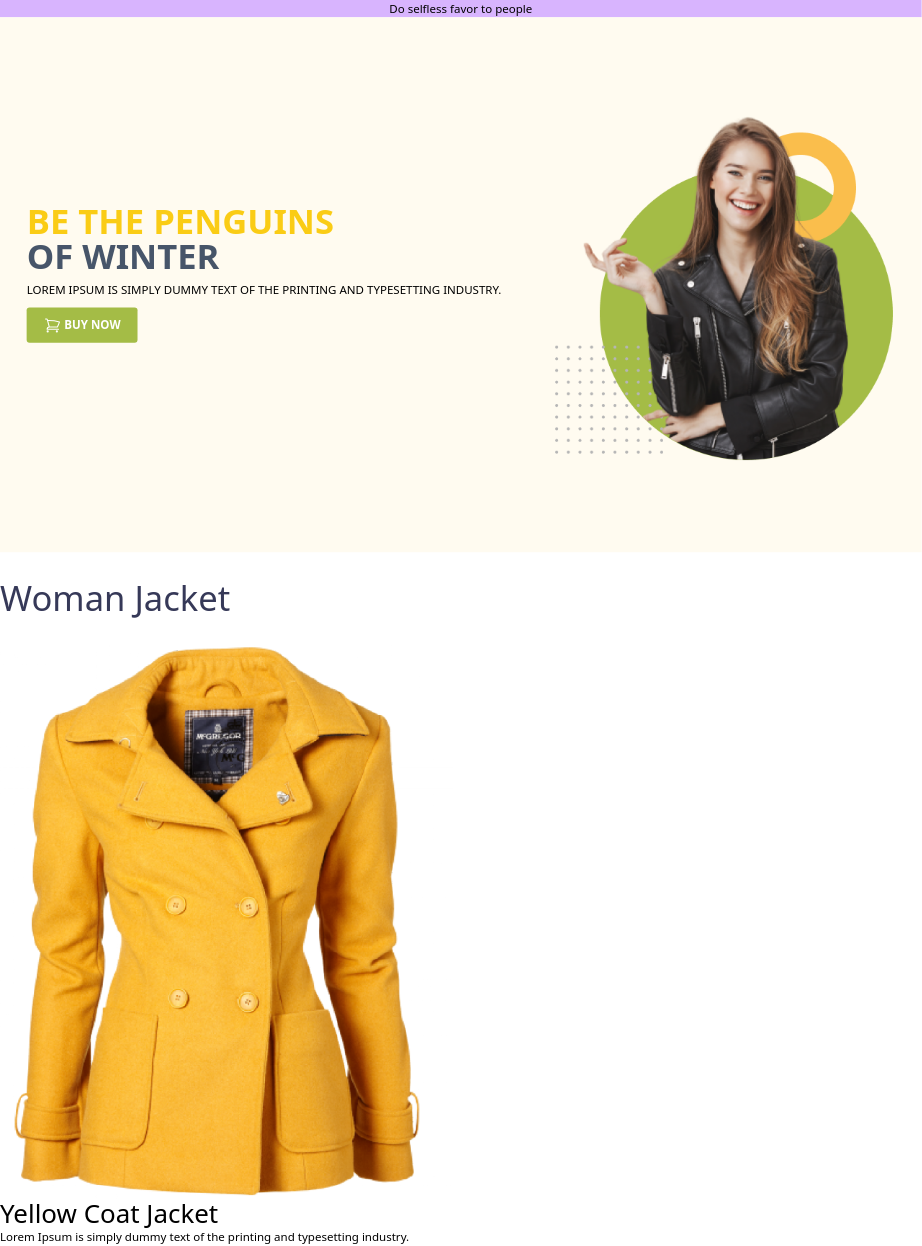
Repository: zjria/penguin-e-commerce-fashion
Page: index.html
An editor plug-in stored every save of this project. The page is shown before and after the next save, followed by the edit.
The browser window is 1280 px wide. The pictures show the whole page, at 72% of full size.
Some web libraries are served in a nearby version.

Above is the page before, as saved 2022-10-07 07:10:21.

### index.html
<!DOCTYPE html>
<html lang="en">

<head>
    <meta charset="UTF-8">
    <meta http-equiv="X-UA-Compatible" content="IE=edge">
    <meta name="viewport" content="width=device-width, initial-scale=1.0">
    <title>Penguin E-commerce</title>
    <!-- Google Fonts Link -->
    <link rel="preconnect" href="https://fonts.googleapis.com">
    <link rel="preconnect" href="https://fonts.gstatic.com" crossorigin>
    <link href="https://fonts.googleapis.com/css2?family=Bebas+Neue&family=Roboto:wght@100;300;400;500&display=swap"
        rel="stylesheet">

    <!-- Tailwind CSS CDN link -->
    <script src="https://cdn.tailwindcss.com"></script>
    <script>
        tailwind.config = {
            theme: {
                extend: {
                    colors: {
                        clifford: '#da373d',
                        header_bg: '#FFFBF0',
                        main_text_color: '#363958'
                    }
                }
            }
        }
    </script>
</head>

<body>
    <h2 class="bg-purple-300 text-center font-header_text">Do selfless favor to people</h2>


    <!-- Header Section -->
    <header class="bg-header_bg pb-32 pt-24">
        <section class="container mx-auto uppercase sm:flex items-center justify-around">
            <div class="space-y-3">
                <h1 class="text-2xl sm:text-5xl font-bold font-header_text">
                    <span class="text-yellow-400">Be the Penguins</span> <br>
                    <span class="text-slate-600">of Winter</span>
                </h1>
                <p class="font-anther_text">Lorem Ipsum is simply dummy text of the printing
                    and typesetting industry.</p>
                <button class="uppercase bg-[#A4BC46] py-3 px-6 text-white font-semibold rounded font-anther_text"> <svg
                        xmlns="http://www.w3.org/2000/svg" fill="none" viewBox="0 0 24 24" stroke-width="1.5"
                        stroke="currentColor" class="w-6 h-6 inline text-white">
                        <path stroke-linecap="round" stroke-linejoin="round"
                            d="M2.25 3h1.386c.51 0 .955.343 1.087.835l.383 1.437M7.5 14.25a3 3 0 00-3 3h15.75m-12.75-3h11.218c1.121-2.3 2.1-4.684 2.924-7.138a60.114 60.114 0 00-16.536-1.84M7.5 14.25L5.106 5.272M6 20.25a.75.75 0 11-1.5 0 .75.75 0 011.5 0zm12.75 0a.75.75 0 11-1.5 0 .75.75 0 011.5 0z" />
                    </svg>
                    Buy Now</button>
            </div>
            <div class="pt-8 sm:pt-8">
                <img class=" w-1/2 sm:w-full" src="images/model.png" alt="">
            </div>
        </section>
    </header>

    <!-- Main Section Start -->
    <main>
        <section class="container mx-auto">
            <h2 class="text-5xl my-10 text-main_text_color font-header_text">Woman Jacket</h2>
            <div class="grid-cols-3">
                <div class="card-information">
                    <img src="images/jacket-1.png" alt="">
                    <h3 class="text-4xl">Yellow Coat Jacket</h3>
                    <p>Lorem Ipsum is simply dummy text of the
                        printing and typesetting industry.</p>

                </div>
            </div>
        </section>
    </main>

</body>

</html>

After the next save:
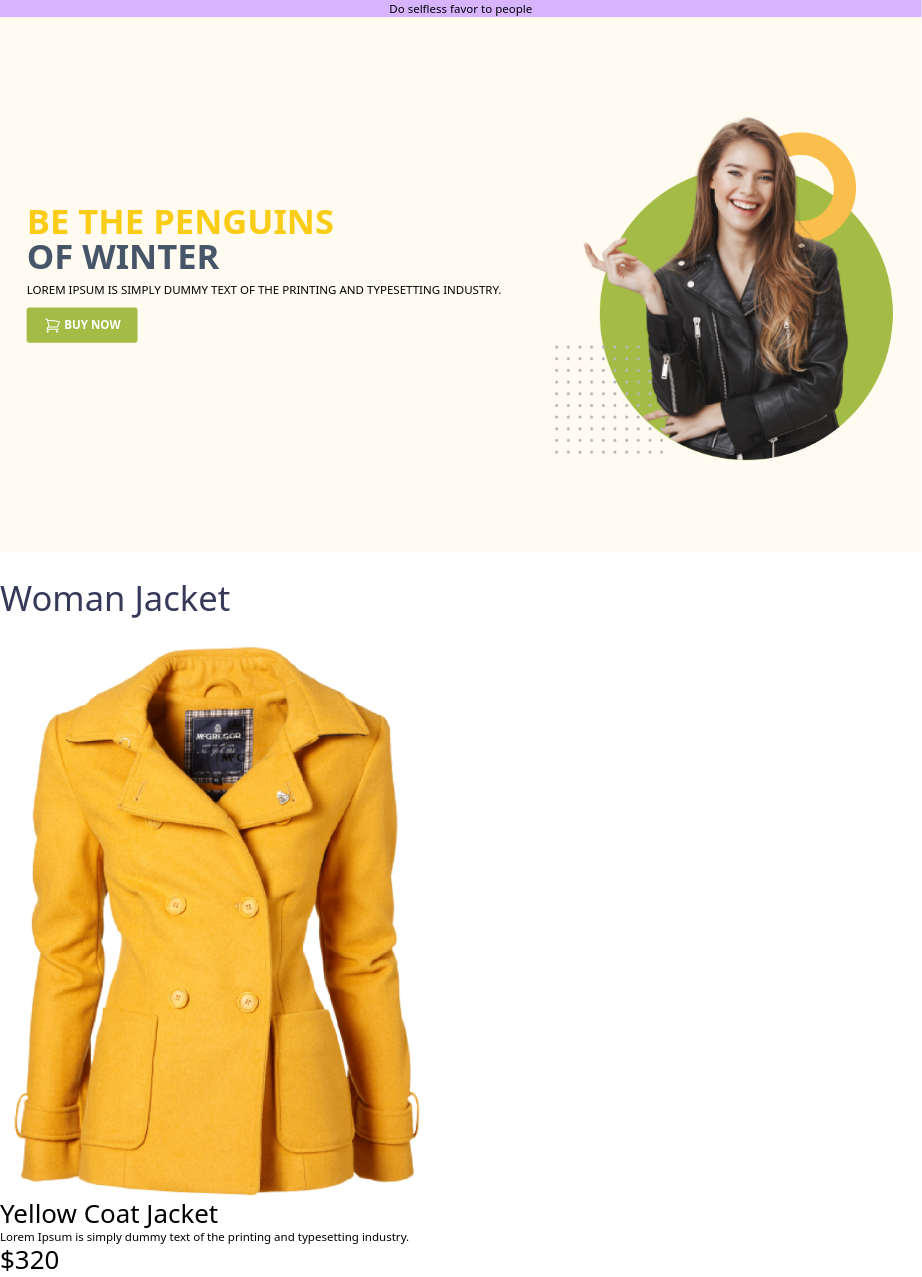
Saved 4 min 8 s later.
--- a/index.html
+++ b/index.html
@@ -67,7 +67,9 @@
                     <h3 class="text-4xl">Yellow Coat Jacket</h3>
                     <p>Lorem Ipsum is simply dummy text of the
                         printing and typesetting industry.</p>
-
+                    <div class="price_button">
+                        <h3 class="text-4xl ">$320</h3>
+                    </div>
                 </div>
             </div>
         </section>
